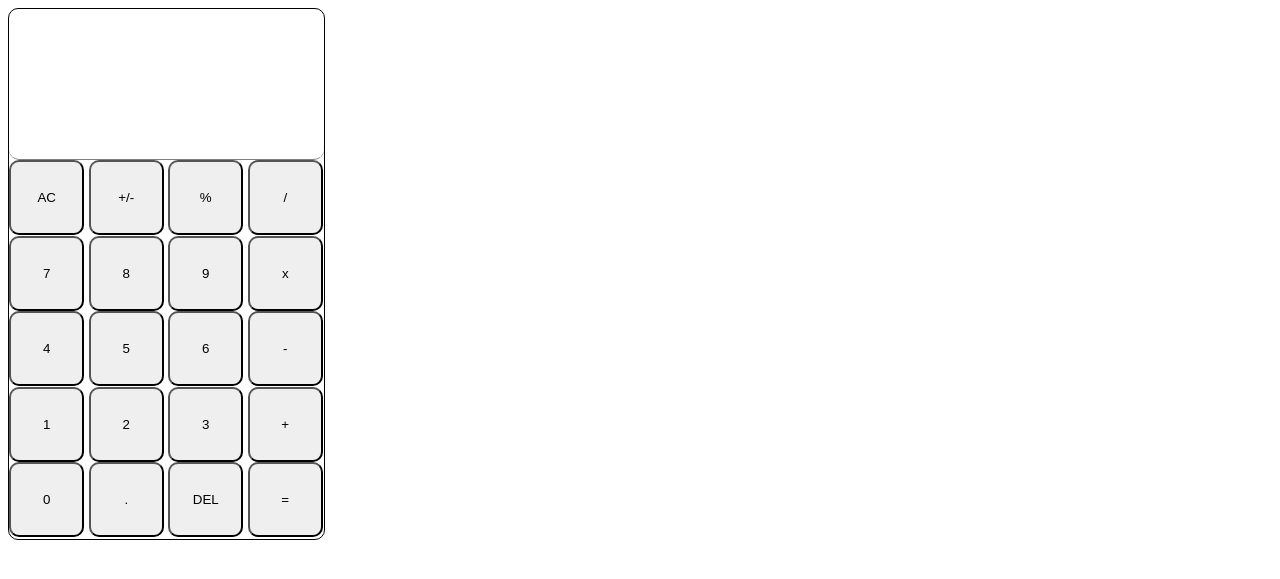
Repository: baziz22/Vanilla_JS_Projects
Page: claculator/index.html
The author's editor kept a copy of each file at every save. The page is drawn from the files as they stood at one save, then again after the next save.
The browser window is 1280 px wide. The pictures show the whole page.

Above is the page before, as saved 2022-02-28 07:54:45.
Console error: TypeError: Cannot read properties of undefined (reading 'addEventListener')

After the next save:
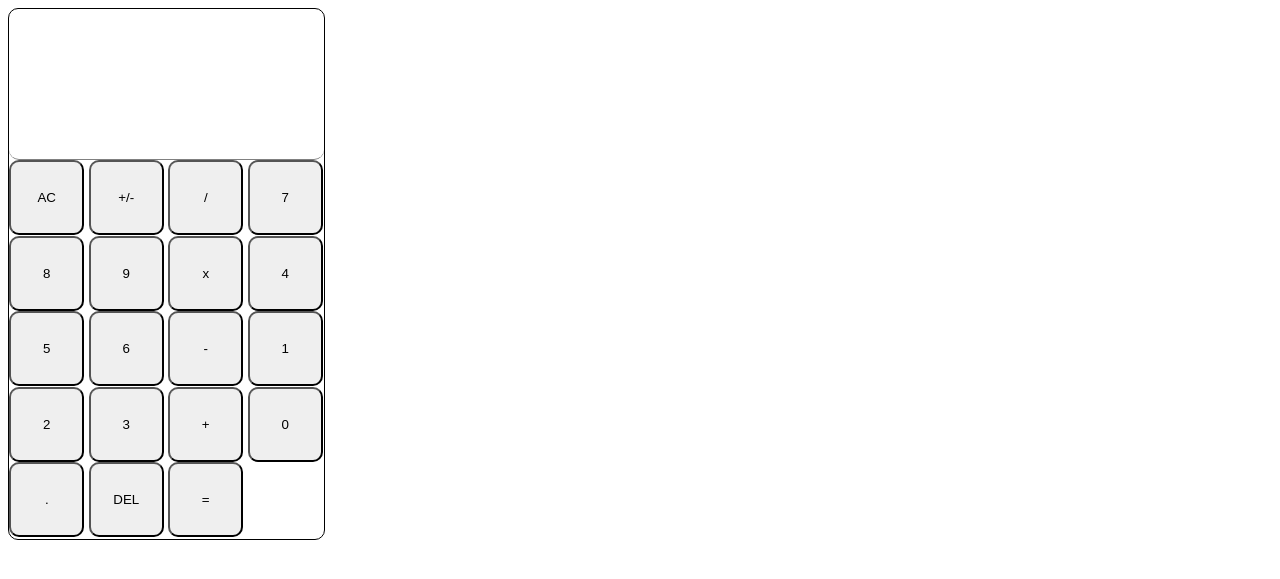
Saved 5 min 11 s later.
--- a/claculator/index.html
+++ b/claculator/index.html
@@ -12,26 +12,25 @@
     <div class="container">
       <div class="wrapper">
         <div id="output"></div>
-        <button>AC</button>
-        <button>+/-</button>
-        <button>%</button>
-        <button>/</button>
-        <button>7</button>
-        <button>8</button>
-        <button>9</button>
-        <button>x</button>
-        <button>4</button>
-        <button>5</button>
-        <button>6</button>
-        <button>-</button>
-        <button>1</button>
-        <button>2</button>
-        <button>3</button>
-        <button>+</button>
-        <button>0</button>
-        <button>.</button>
-        <button>DEL</button>
-        <button>=</button>
+        <button class="btn" id="ac">AC</button>
+        <button class="btn" id="negative">+/-</button>
+        <button class="btn" id="divide">/</button>
+        <button class="btn">7</button>
+        <button class="btn">8</button>
+        <button class="btn">9</button>
+        <button class="btn" id="multiply">x</button>
+        <button class="btn">4</button>
+        <button class="btn">5</button>
+        <button class="btn">6</button>
+        <button class="btn" id="minus">-</button>
+        <button class="btn">1</button>
+        <button class="btn">2</button>
+        <button class="btn">3</button>
+        <button class="btn" id="plus">+</button>
+        <button class="btn">0</button>
+        <button class="btn" id="dot">.</button>
+        <button class="btn" id="delete">DEL</button>
+        <button class="btn" id="equal">=</button>
       </div>
     </div>
   </body>
